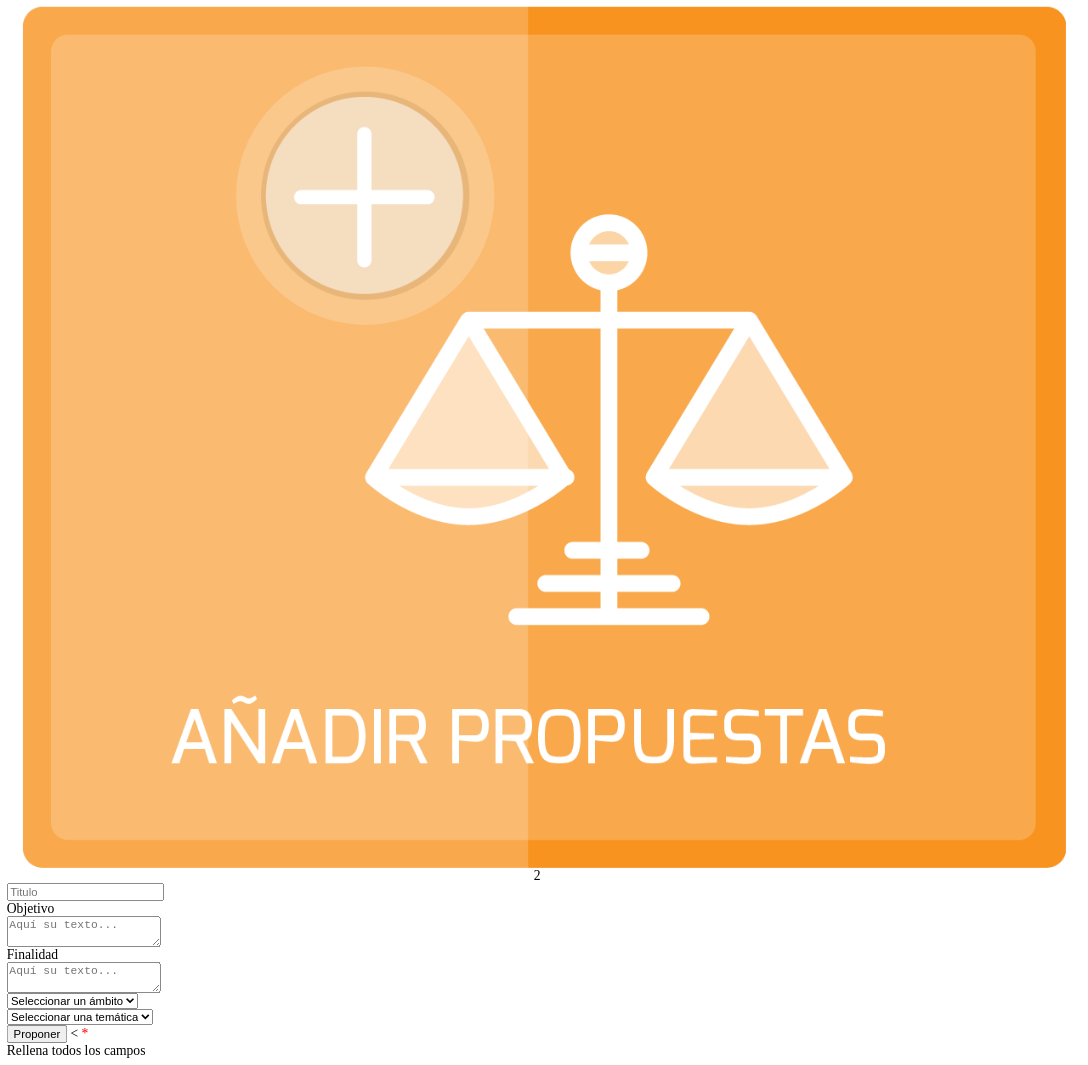
Repository: gamesrol/smartLament
Page: Cliente/partials/addPropuesta.html
The author's editor kept a record of every edit. The page is drawn from the files as they stood at one moment, then again after the next edit.
The browser window is 1280 px wide. The pictures show the whole page, at 85% of full size.

Above is the page before.

After the next edit:
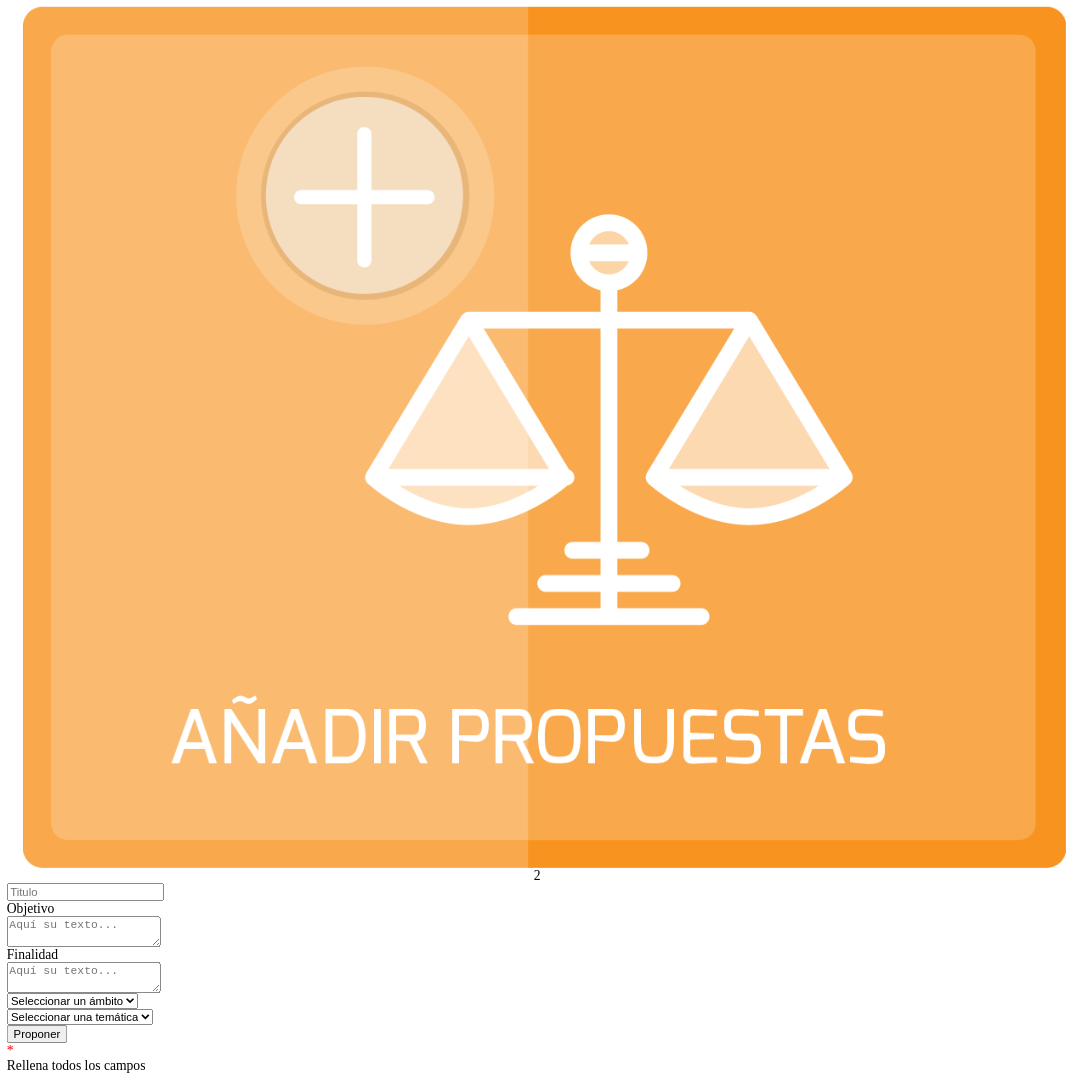
The edit:
--- a/Cliente/partials/addPropuesta.html
+++ b/Cliente/partials/addPropuesta.html
@@ -25,7 +25,7 @@
         </div>
         <div class="actions">
             <button name="commit" type="submit" ng-click="create()" class="enviar" ng-disabled="!proposal.title || !proposal.object || !proposal.finality || !proposal.scope || !proposal.subject">Proponer</button>
-            <
+            <br>
             <font color="red">*</font>
             <br>
             <span ng-if="!proposal.title || !proposal.object || !proposal.finality || !proposal.scope || !proposal.subject">Rellena todos los campos</span>
